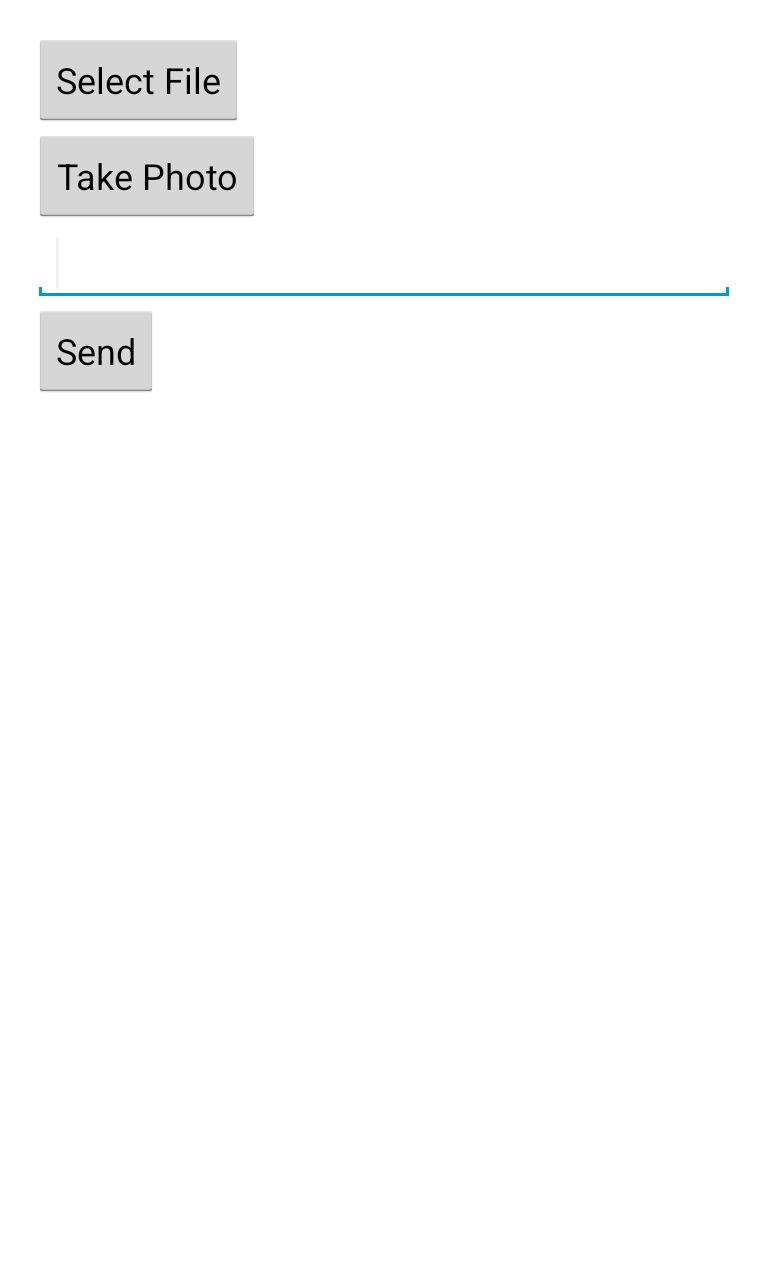
Repository: mossr/ocr_testing
Layout: sending_to_server/Photo2Server/res/layout/activity_main.xml
These files come from the project's save history. The layout is drawn as it stood at one moment and after the next save; the edit follows.
It is drawn on a 768 x 1280 px phone screen (xhdpi) without system bars, with theme AppTheme; the app's code is not run.

Above is the layout before, as saved 2014-01-15 14:15:28.

### sending_to_server/Photo2Server/res/layout/activity_main.xml
<RelativeLayout xmlns:android="http://schemas.android.com/apk/res/android"
    xmlns:tools="http://schemas.android.com/tools"
    android:layout_width="wrap_content"
    android:layout_height="wrap_content"
    android:paddingBottom="@dimen/activity_vertical_margin"
    android:paddingLeft="@dimen/activity_horizontal_margin"
    android:paddingRight="@dimen/activity_horizontal_margin"
    android:paddingTop="@dimen/activity_vertical_margin"
    tools:context=".MainActivity" >

    <TextView
        android:id="@+id/textView1"
        android:layout_height="wrap_content"
        android:layout_width="wrap_content" />

    <Button
        android:id="@+id/button1"
        android:layout_gravity="center"
        android:layout_height="wrap_content"
        android:layout_width="wrap_content"
        android:text="Select File" />

    <Button
        android:id="@+id/button2"
        android:layout_gravity="center"
        android:layout_height="wrap_content"
        android:layout_width="wrap_content"
        android:layout_below="@id/button1"
        android:text="Take Photo" />

    <EditText
        android:id="@+id/editText1"
        android:layout_width="wrap_content"
        android:layout_height="wrap_content"
        android:layout_alignParentLeft="true"
        android:layout_alignParentRight="true"
        android:layout_below="@id/button2"
        android:inputType="numberDecimal" >

        <requestFocus />
    </EditText>

    <Button
        android:id="@+id/button3"
        android:layout_gravity="center"
        android:layout_height="wrap_content"
        android:layout_width="wrap_content"
        android:layout_below="@id/editText1"
        android:text="Send" />

</RelativeLayout>

Loaded but not shown: sending_to_server/Photo2Server/res/values/styles.xml (common file); sending_to_server/Photo2Server/res/values-v11/styles.xml (common file); sending_to_server/Photo2Server/res/values-v14/styles.xml (common file); sending_to_server/Photo2Server/res/values/dimens.xml (common file)

After the next save:
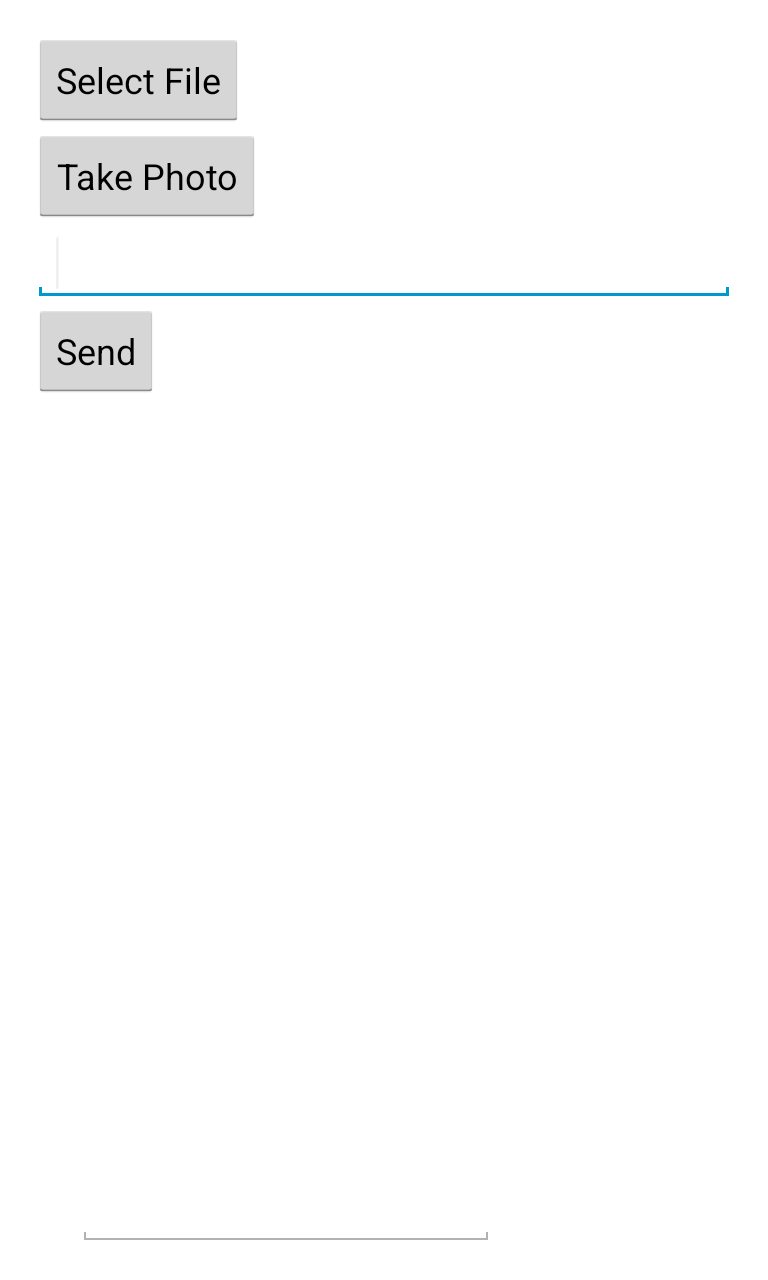
Saved 2 min 7 s later.
--- a/sending_to_server/Photo2Server/res/layout/activity_main.xml
+++ b/sending_to_server/Photo2Server/res/layout/activity_main.xml
@@ -35,7 +35,7 @@
         android:layout_alignParentLeft="true"
         android:layout_alignParentRight="true"
         android:layout_below="@id/button2"
-        android:inputType="numberDecimal" >
+        android:inputType="number" >
 
         <requestFocus />
     </EditText>
@@ -48,4 +48,14 @@
         android:layout_below="@id/editText1"
         android:text="Send" />
 
+    <EditText
+        android:id="@+id/editText2"
+        android:layout_width="wrap_content"
+        android:layout_height="wrap_content"
+        android:layout_alignParentBottom="true"
+        android:layout_marginLeft="22dp"
+        android:layout_toRightOf="@+id/textView1"
+        android:ems="10"
+        android:inputType="number" />
+
 </RelativeLayout>

After the save that followed:
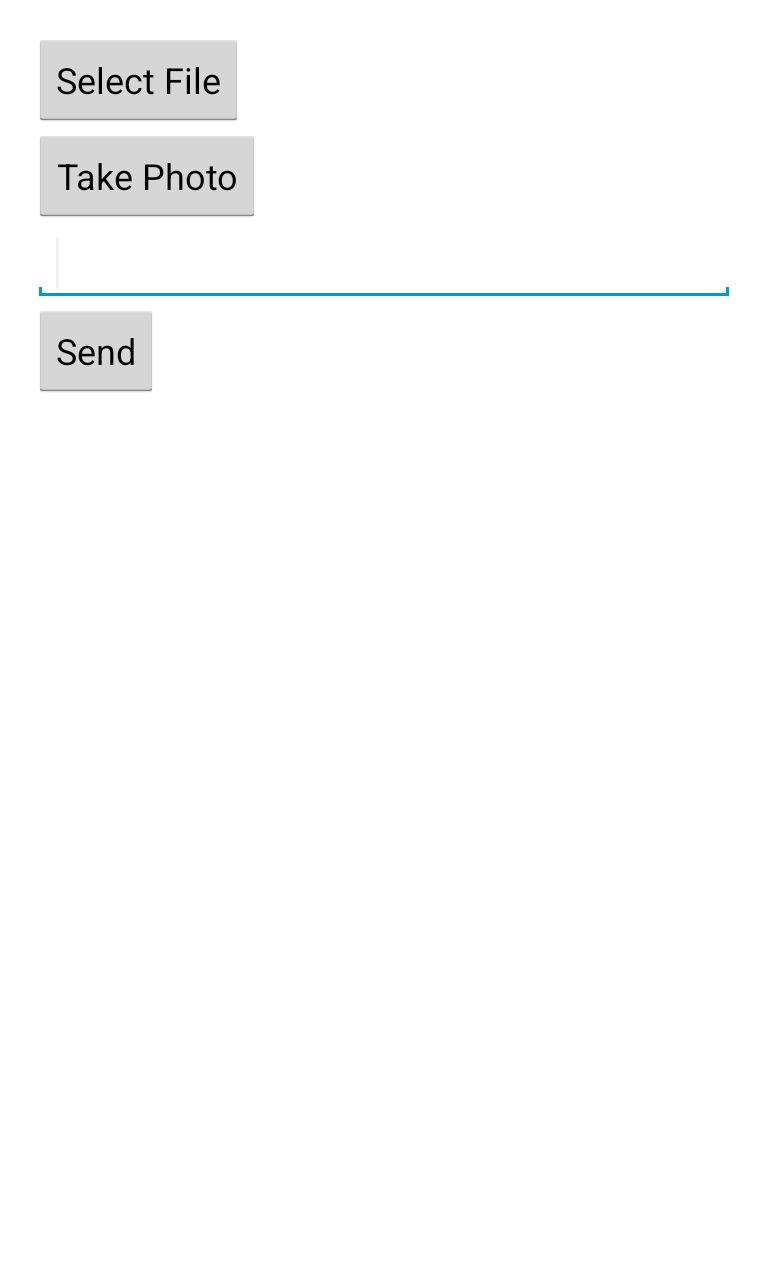
Saved 4 s later.
--- a/sending_to_server/Photo2Server/res/layout/activity_main.xml
+++ b/sending_to_server/Photo2Server/res/layout/activity_main.xml
@@ -48,14 +48,4 @@
         android:layout_below="@id/editText1"
         android:text="Send" />
 
-    <EditText
-        android:id="@+id/editText2"
-        android:layout_width="wrap_content"
-        android:layout_height="wrap_content"
-        android:layout_alignParentBottom="true"
-        android:layout_marginLeft="22dp"
-        android:layout_toRightOf="@+id/textView1"
-        android:ems="10"
-        android:inputType="number" />
-
 </RelativeLayout>
